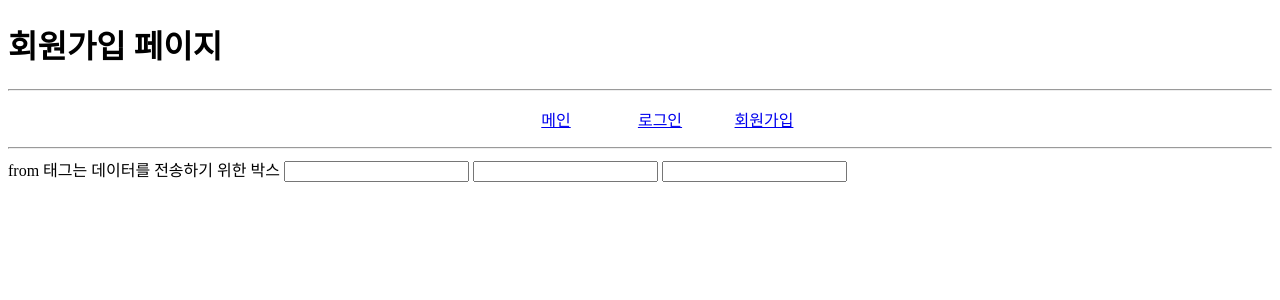
Repository: jaecheol0330/jsp-work
Page: http://localhost/cos/join.jsp
An editor plug-in stored every save of this project. The page is shown before and after the next save, followed by the edit.
The browser window is 1280 px wide. The pictures show the whole page.
The page is served by Tomcat 9.

Above is the page before, as saved 2020-08-22 02:47:58.

After the next save:
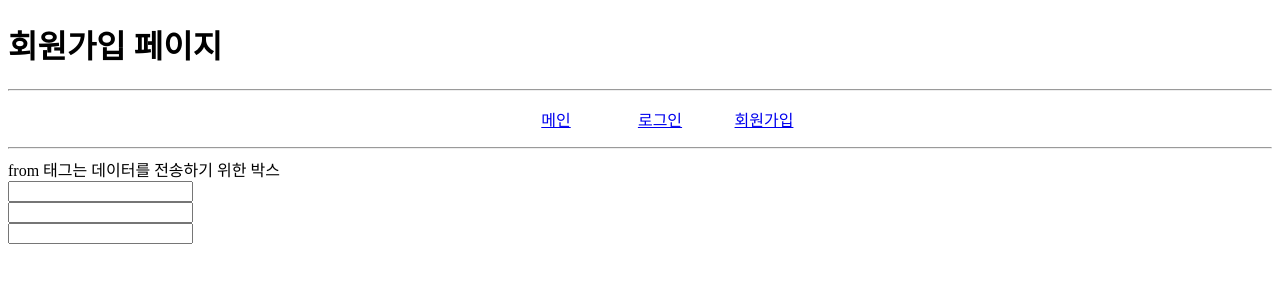
Saved 61 s later.
--- a/cos/WebContent/join.jsp
+++ b/cos/WebContent/join.jsp
@@ -24,11 +24,11 @@
 	<li><a href="join.jsp">회원가입</a></li>
 </ul>
 <hr/>
-from 태그는 데이터를 전송하기 위한 박스
+from 태그는 데이터를 전송하기 위한 박스<br/>
 <from>
-	<input type="text"name="username"/>
-	<input type="password"name="password""/>
-	<input type="email"name="email"/>
+	<input type="text"name="username"/><br/>
+	<input type="password"name="password""/><br/>
+	<input type="email"name="email"/><br/>
 </from>
 
 </body>
